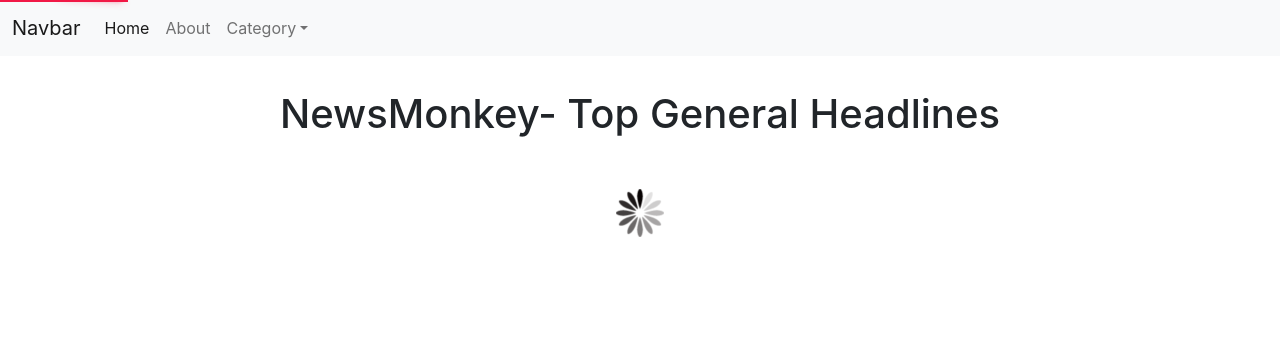
Repository: Sid9050/NewsMonkey
Page: /
The author's editor kept a copy of each file at every save. The page is drawn from the files as they stood at one save, then again after the next save.
The browser window is 1280 px wide. The pictures show the whole page.
The page's requests for data from a server got no answer. The project was rebuilt for these pictures with package versions that can differ from the ones it lists, and the page was loaded fresh each time. No one was signed in, and anything a server would have sent is missing. Also part of the build but not shown: src/App.css, src/Components/NewsItem.js.

Above is the page before, as saved 2022-06-21 17:34:42.

### src/App.js
import './App.css';
import React, {  useState } from 'react'
import NavBar from './Components/NavBar';
import News from './Components/News';
import LoadingBar from 'react-top-loading-bar';

import {
  BrowserRouter,
  Routes,
  Route,
} from "react-router-dom";

const App =()=>{
  const pageSize=6
  const apiKey=process.env.REACT_APP_NEWS_API
  const [progress,setProgress]=useState(0)


    return (
      <BrowserRouter>
      <NavBar/>
      <LoadingBar
        color='#f11946'
        progress={progress}
      />
      <div>

        <Routes>
        <Route path="/" element={<News apiKey={apiKey} setProgress={setProgress} key="General" pageSize={pageSize} country="in" category="General"/>}/>
        <Route path="/general" element={<News apiKey={apiKey} setProgress={setProgress} key="General" pageSize={pageSize} country="in" category="General"/>}/>
        <Route path="/Business" element={<News apiKey={apiKey} setProgress={setProgress} key="Business" pageSize={pageSize} country="in" category="Business"/>}/>
        <Route path="/Entertainment" element={<News apiKey={apiKey} setProgress={setProgress} key="Entertainment" pageSize={pageSize} country="in" category="Entertainment"/>}/>
        <Route path="/Health" element={<News apiKey={apiKey} setProgress={setProgress} key="Health" pageSize={pageSize} country="in" category="Health"/>}/>
        <Route path="/Technology" element={<News apiKey={apiKey} setProgress={setProgress} key="Technology" pageSize={pageSize} country="in" category="Technology"/>}/>
        <Route path="/Science" element={<News apiKey={apiKey} setProgress={setProgress} key="Science" pageSize={pageSize} country="in" category="Science"/>}/>
        <Route path="/Sports" element={<News apiKey={apiKey} setProgress={setProgress} key="Sports" pageSize={pageSize} country="in" category="Sports"/>}/>
        </Routes>
      </div>
      </BrowserRouter>
    )
  }

  export default App

### src/Components/NavBar.js
import React from 'react'
import { Link } from "react-router-dom";

const NavBar=()=> {
    return (
      <div>
        <nav className="navbar fixed-top navbar-expand-lg bg-light">
  <div className="container-fluid">
    <Link className="navbar-brand" to="#">Navbar</Link>
    <button className="navbar-toggler" type="button" data-bs-toggle="collapse" data-bs-target="#navbarSupportedContent" aria-controls="navbarSupportedContent" aria-expanded="false" aria-label="Toggle navigation">
      <span className="navbar-toggler-icon"></span>
    </button>
    <div className="collapse navbar-collapse" id="navbarSupportedContent">
      <ul className="navbar-nav me-auto mb-2 mb-lg-0">
        <li className="nav-item">
          <Link className="nav-link active" aria-current="page" to="/">Home</Link>
        </li>
        <li className="nav-item">
          <Link className="nav-link" to="/">About</Link>
        </li>
        <li className="nav-item dropdown">
          <Link className="nav-link dropdown-toggle" to="/" id="navbarDropdown" role="button" data-bs-toggle="dropdown" aria-expanded="false">
            Category
          </Link>
          <ul className="dropdown-menu" aria-labelledby="navbarDropdown">
            <li><Link className="dropdown-item" to="/Business">Business</Link></li>
            <li><Link className="dropdown-item" to="/Entertainment">Entertainment</Link></li>
            <li><Link className="dropdown-item" to="/General">General</Link></li>
            <li><Link className="dropdown-item" to="/Health">Health</Link></li>
            <li><Link className="dropdown-item" to="/Science">Science</Link></li>
            <li><Link className="dropdown-item" to="/Sports">Sports</Link></li>
            <li><Link className="dropdown-item" to="/Technology">Technology</Link></li>
          </ul>
        </li>
      </ul>
    </div>
  </div>
</nav>
      </div>
    )
  }

export default NavBar

### src/Components/News.js
import React, {useEffect,useState } from 'react'
import NewsItem from './NewsItem'
import Spinner  from './Spinner';
import PropTypes from 'prop-types'
import InfiniteScroll from "react-infinite-scroll-component";



const News=(props)=> {
  const [articles,setArticles]=useState([])
  const [loading,setLoading]=useState(true)
  const [page,setPage]=useState(1)
  const [totalResults,setTotalResults]=useState(0)




    const updateNews=async()=>{
        props.setProgress(10);
        const url= `https://newsapi.org/v2/top-headlines?country=${props.country}&category=${props.category}&apiKey=${props.apiKey}&page=${page}&pageSize=${props.pageSize}`;
        setLoading(true);
        let data= await fetch(url);
        props.setProgress(30);
        let parsedData=await data.json();
        props.setProgress(60);
        setArticles(parsedData.articles);
        setTotalResults(parsedData.totalResults);
        setLoading(false);
        props.setProgress(100);
      }

  useEffect(()=>{
    document.title=`${props.category}- NewsMonkey`;
    updateNews();
    //eslint-disable-next-line
  },[])


  /*const handleNextClick=async ()=>{
    setPage(page+1);
    updateNews();
  }

  const handlePrevClick=async ()=>{
    setPage(page-1);
    updateNews();
  }*/

  const fetchMoreData=async ()=>{
    setPage(page+1);
    const url= `https://newsapi.org/v2/top-headlines?country=${props.country}&category=${props.category}&apiKey=${props.apiKey}&page=${page+1}&pageSize=${props.pageSize}`;
    let data= await fetch(url);
    let parsedData=await data.json();
    setArticles(articles.concat(parsedData.articles));
  };


    return (
      <>
        <h1 className='text-center' style={{margin:'35px 0px', marginTop:'90px'}}>NewsMonkey- Top {props.category} Headlines </h1>
        {loading && <Spinner/>}
        <InfiniteScroll
          dataLength={articles.length}
          next={fetchMoreData}
          hasMore={articles.length<totalResults}
          loader={<Spinner/>}
        >
          <div className='container'>
        <div className="row">
          {articles.map((element)=>{
            return <div className="col-md-4" key={element.url}>
            <NewsItem  title={element.title?element.title:""} description={element.description?element.description:""} imageUrl={element.urlToImage} newsUrl={element.url} author={element.author?element.author:"Unknown"} date={element.publishedAt} source={element.source.name}/>
              </div>

          })}
      </div>
        </div>
        </InfiniteScroll>


        </>
    )
        }



News.defaultProps={
  country:"in",
  pageSize:8
}

News.propTypes={
  country:PropTypes.string,
  pageSize:PropTypes.number,
}

export default News

### src/Components/Spinner.js
import React from 'react'
import loading from './loading.gif'

const Spinner =()=> {
    return (
      <div className='text-center'>
          <img className='my-3' src={loading} alt="loading" />
      </div>
    )
}

export default Spinner

Loaded but not shown: public/index.html (common file); src/index.js (common file); src/index.css (common file); src/reportWebVitals.js (common file)

After the next save:
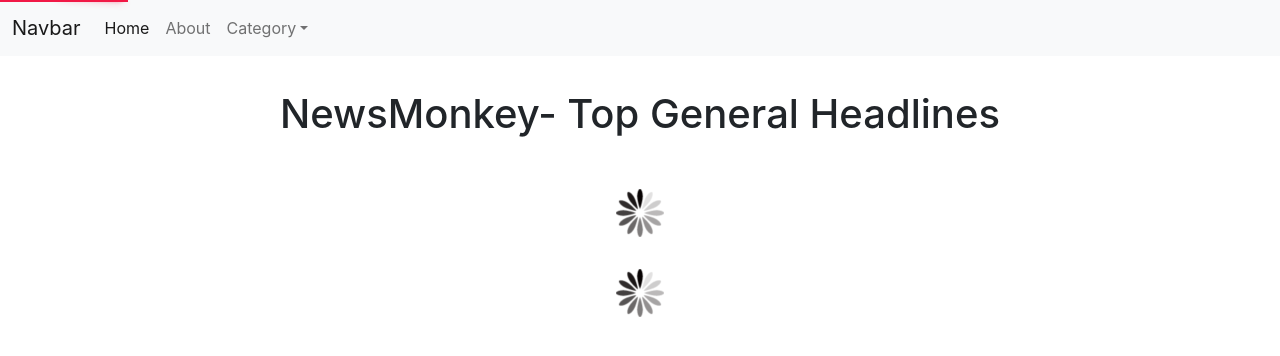
Saved 3 min 54 s later.
--- a/src/Components/News.js
+++ b/src/Components/News.js
@@ -62,7 +62,7 @@
         <InfiniteScroll
           dataLength={articles.length}
           next={fetchMoreData}
-          hasMore={articles.length<totalResults}
+          hasMore={articles.length<=totalResults}
           loader={<Spinner/>}
         >
           <div className='container'>

After the 5 saves that followed:
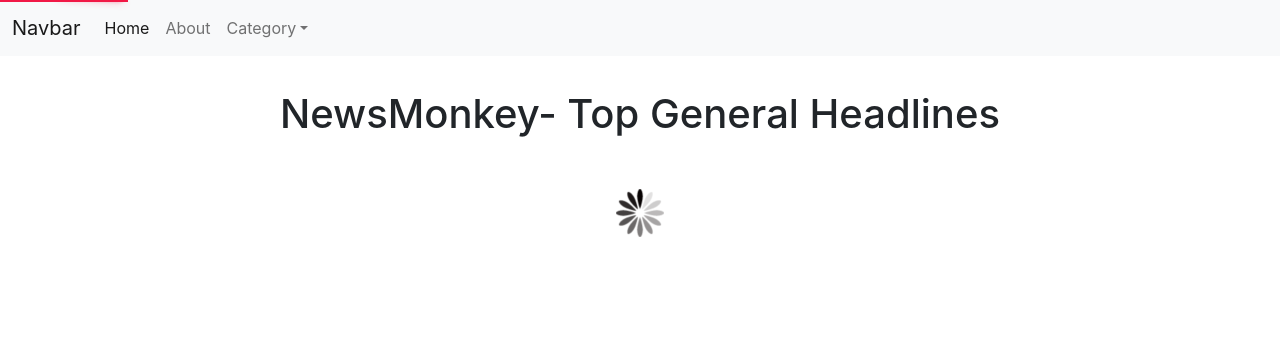
The 5 saves are shown as one change because 3 left the picture as it was and some came seconds apart.
The last was saved 4 min 32 s later.
--- a/src/App.js
+++ b/src/App.js
@@ -11,7 +11,7 @@
 } from "react-router-dom";
 
 const App =()=>{
-  const pageSize=6
+  const pageSize=5
   const apiKey=process.env.REACT_APP_NEWS_API
   const [progress,setProgress]=useState(0)
 
--- a/src/Components/News.js
+++ b/src/Components/News.js
@@ -62,7 +62,7 @@
         <InfiniteScroll
           dataLength={articles.length}
           next={fetchMoreData}
-          hasMore={articles.length<=totalResults}
+          hasMore={articles.length<totalResults}
           loader={<Spinner/>}
         >
           <div className='container'>
